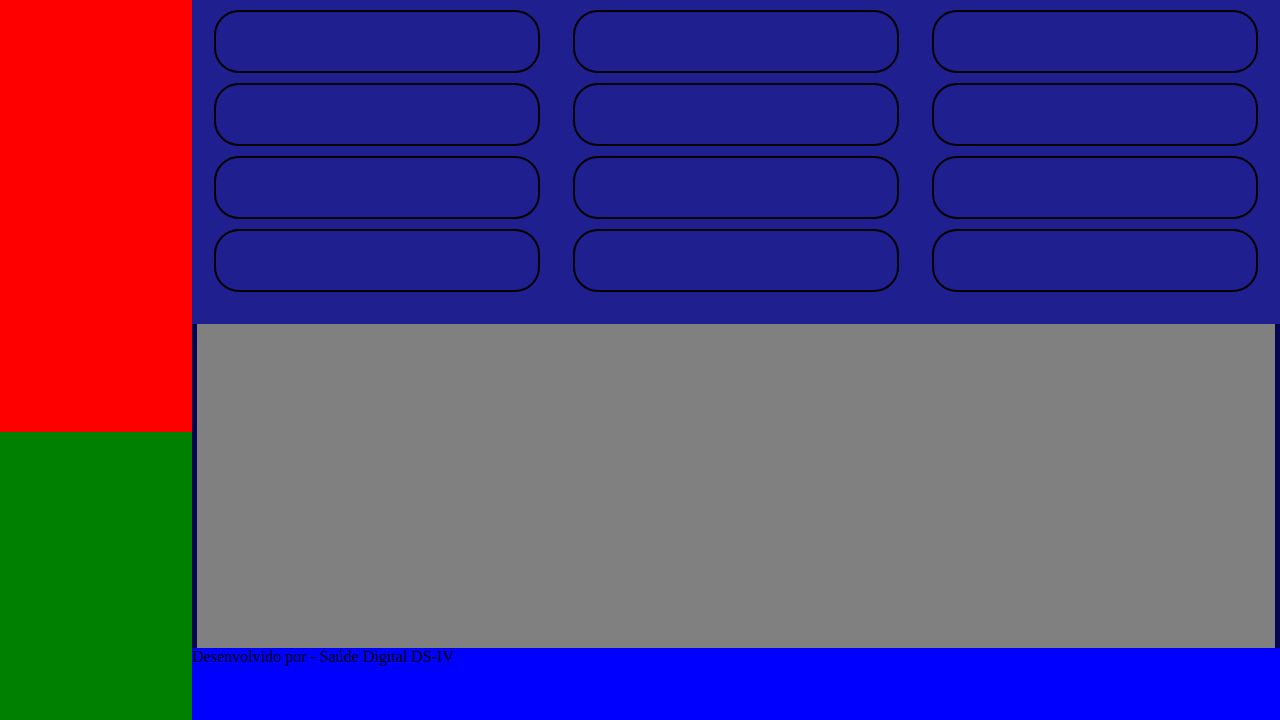
Repository: br-on/ddaf-chamados
Page: index.html
An editor plug-in stored every save of this project. The page is shown before and after the next save, followed by the edit.
The browser window is 1280 px wide. The pictures show the whole page.

Above is the page before, as saved 2025-01-19 20:41:14.

### index.html
<!DOCTYPE html>
<html lang="pt-br">
<head>
    <meta charset="UTF-8">
    <meta name="viewport" content="width=device-width, initial-scale=1.0">
    <link rel="stylesheet" href="style.css">
    <title>Radar de Chamados</title>
</head>
<body>
    <header>
        <section class="filtros"></section>
        <section class="percentual"></section>
    </header>
    <main>
        <section class="tipos-demandas">
            <div class="demanda-tipo"></div>
            <div class="demanda-tipo"></div>
            <div class="demanda-tipo"></div>
            <div class="demanda-tipo"></div>
            <div class="demanda-tipo"></div>
            <div class="demanda-tipo"></div>
            <div class="demanda-tipo"></div>
            <div class="demanda-tipo"></div>
            <div class="demanda-tipo"></div>
            <div class="demanda-tipo"></div>
            <div class="demanda-tipo"></div>
            <div class="demanda-tipo"></div>
        </section>
        <section class="andamento-demandas">
            <div class="demanda-andamento"></div>
            <div class="demanda-andamento"></div>
            <div class="demanda-andamento"></div>
        </section>
        <footer> Desenvolvido por - Saúde Digital DS-IV</footer>
    </main>
</body>
</html>

### style.css
* {
    margin: 0;
    padding: 0;
}
body {
    background-color: black;
    display: flex;
    height: 100vh;
}
header {
    width: 15%;
    background-color: aqua;
}
.filtros {
    height: 60%;
    background-color: red;
}
.percentual {
    height: 40%;
    background-color: green;
}
main {
    width: 85%;
    background-color: aquamarine;
}
.tipos-demandas {
    height: 45%;
    background-color: rgb(31, 31, 143);
    display: grid;
    justify-content: center;
    grid-template-columns: 30% 30% 30%;
    grid-template-rows: 22.5% 22.5% 22.5% 22.5%;
    column-gap: 3%;
}
.andamento-demandas {
    height: 45%;
    background-color: rgb(5, 5, 82);
    display: grid;
    justify-content: center;
    grid-template-columns: 33% 33% 33%;
}
footer {
    height:10%;
    background-color: blue;
}
.demanda-tipo {
    border: solid rgb(0, 0, 0) 2px;
    border-radius: 25px;
    margin-top: 10px;
}
.demanda-andamento{
    background-color: gray;
}

After the next save:
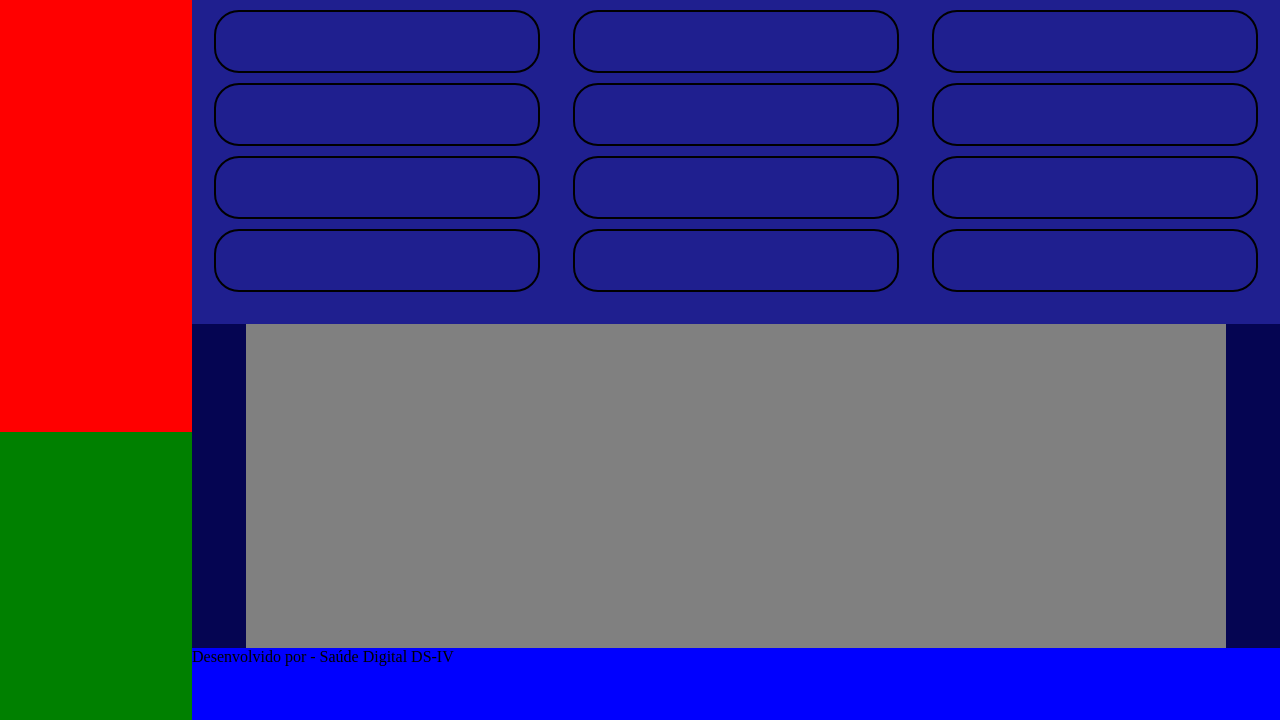
Saved 13 s later.
--- a/style.css
+++ b/style.css
@@ -37,7 +37,7 @@
     background-color: rgb(5, 5, 82);
     display: grid;
     justify-content: center;
-    grid-template-columns: 33% 33% 33%;
+    grid-template-columns: 30% 30% 30%;
 }
 footer {
     height:10%;
